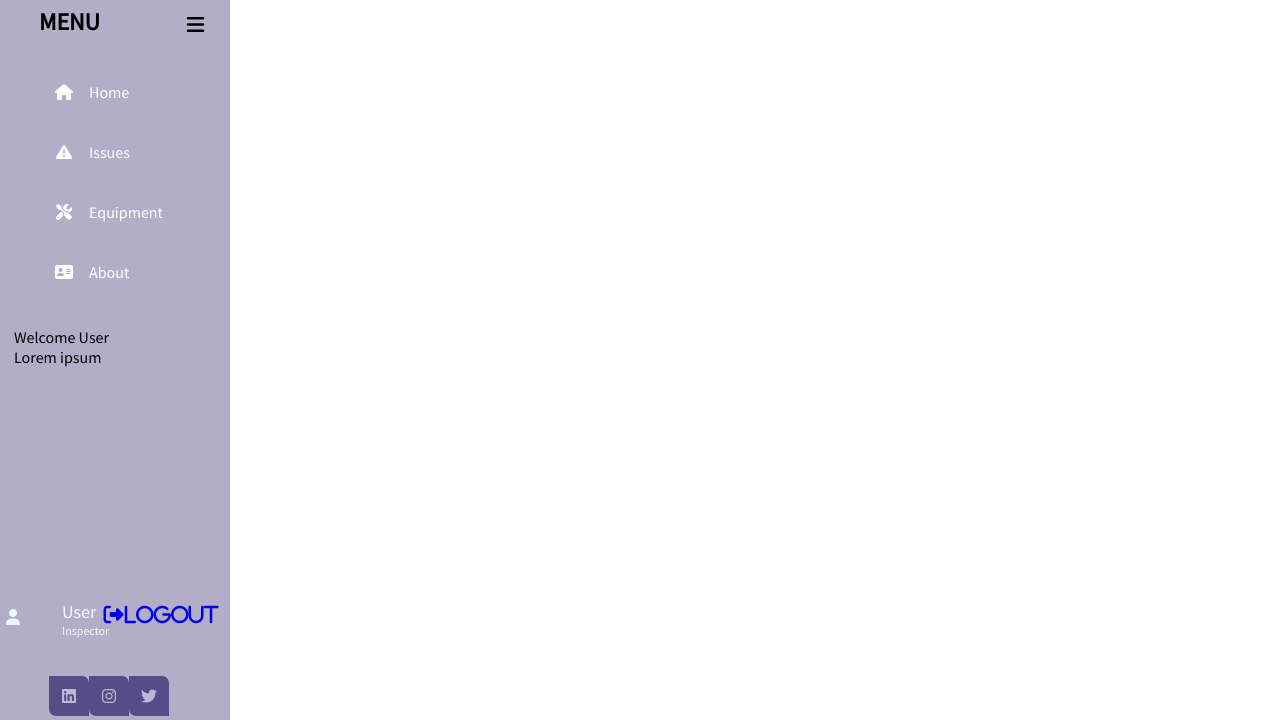
Repository: Lungdjos/ZescoIssueTS
Page: zits/src/main/resources/templates/about_us.html
The author's editor kept a copy of each file at every save. The page is drawn from the files as they stood at one save, then again after a run of saves.
The browser window is 1280 px wide. The pictures show the whole page.
Some web libraries are served in a nearby version.

Above is the page before, as saved 2021-07-10 04:21:37.

After the next 2 saves:
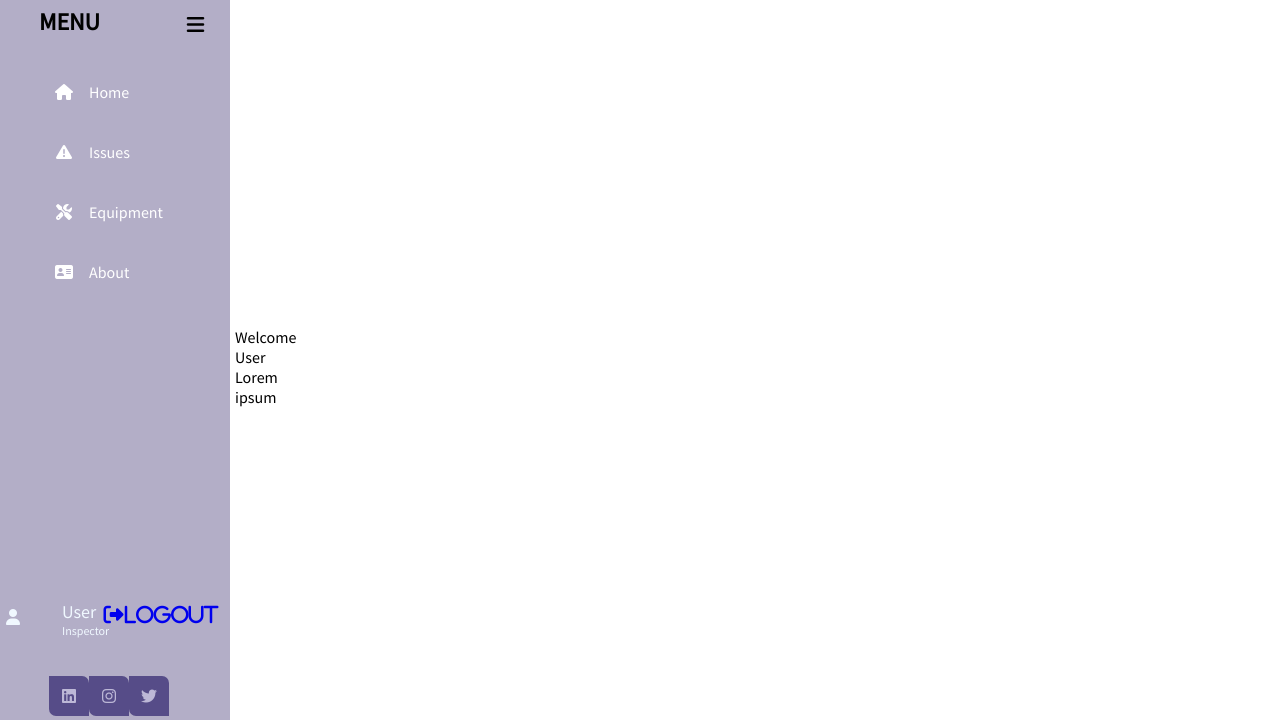
The 2 saves are shown as one change because they came seconds apart.
The last was saved 10 s later.
--- a/zits/src/main/resources/templates/css/styles.css
+++ b/zits/src/main/resources/templates/css/styles.css
@@ -173,5 +173,5 @@
     position: absolute;
     height: 100%;
     width: calc(100%-40);
-    left:
+    left: 235px;
 }
